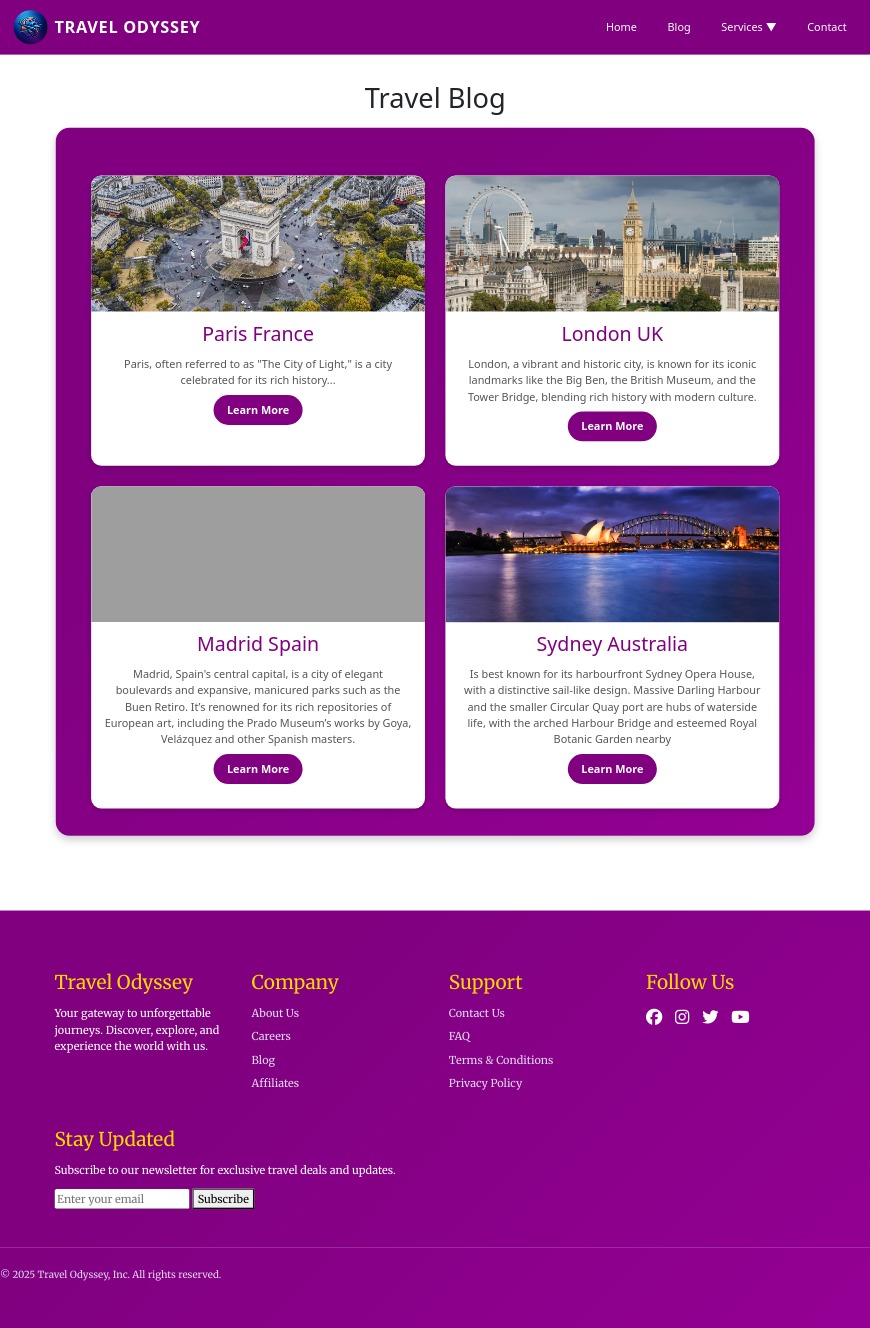
Repository: GHzPhoenix/Project-Odyssey
Page: Frontend/city.html
An editor plug-in stored every save of this project. The page is shown before and after the next save, followed by the edit.
The browser window is 1280 px wide. The pictures show the whole page, at 68% of full size.
Pictures or frames that could not be fetched are drawn as grey boxes. Some web libraries are served in a nearby version.

Above is the page before, as saved 2025-06-08 16:37:13.

After the next save:
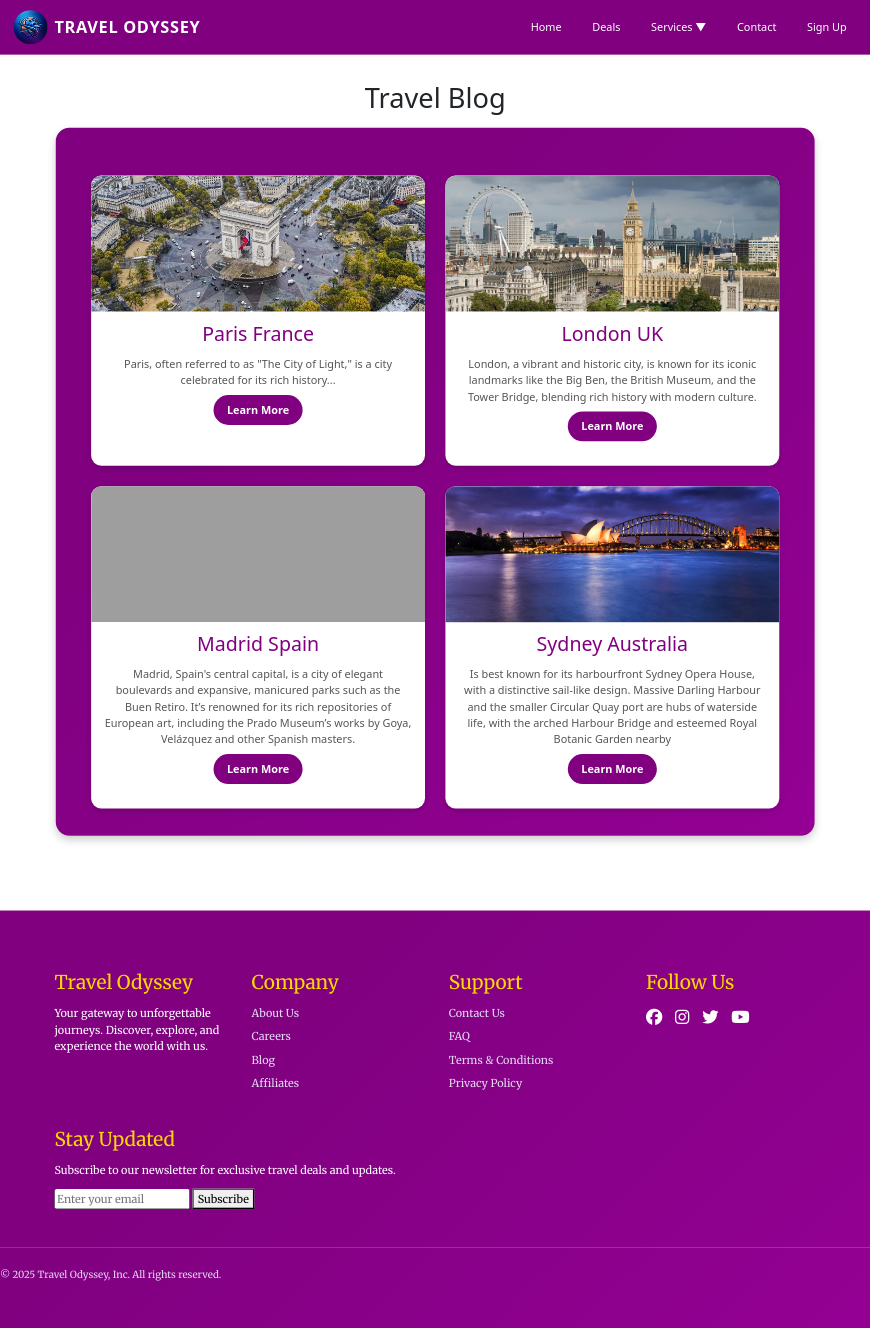
Saved 20 s later.
--- a/Frontend/city.html
+++ b/Frontend/city.html
@@ -14,32 +14,31 @@
 
 <body>
     <header>
-        <nav>
-            <div class="logo">
-                <img src="./assets/your-logo.png" alt="Logo">
-                Travel Odyssey
+      <nav>
+        <div class="logo">
+          <img src="/Frontend/assets/your-logo.png" alt="Logo" />
+          Travel Odyssey
+        </div>
+        <div class="menu-toggle" onclick="toggleMenu()">
+          <div></div>
+          <div></div>
+          <div></div>
+        </div>
+        <ul class="nav-menu">
+          <li><a href="index.html">Home</a></li>
+          <li><a href="deals.html">Deals</a></li>
+          <li class="dropdown-parent">
+            <a href="#">Services ▼</a>
+            <div class="dropdown">
+              <a href="membership.html">Memberships</a>
+              <a href="dream.html">Plan your Trip</a>
+              <a href="client-area.html">Client Area</a>
             </div>
-
-            <div class="menu-toggle" onclick="toggleMenu()">
-                <div></div>
-                <div></div>
-                <div></div>
-            </div>
-
-            <ul>
-                <li><a href="index.html">Home</a></li>
-                <li><a href="city.html">Blog</a></li>
-                <li>
-                    <a href="#">Services ▼</a>
-                    <div class="dropdown">
-                        <a href="membership.html">Memberships</a>
-                        <a href="dream.html">Plan your Trip</a>
-                        <a href="client-area.html">Client Area</a>
-                    </div>
-                </li>
-                <li><a href="contact.html">Contact</a></li>
-            </ul>
-        </nav>
+          </li>
+          <li><a href="contact.html">Contact</a></li>
+          <li><a href="signup.html" class="signup-btn">Sign Up</a></li>
+        </ul>
+      </nav>
     </header>
     <main>
         <h1>Travel Blog</h1>
